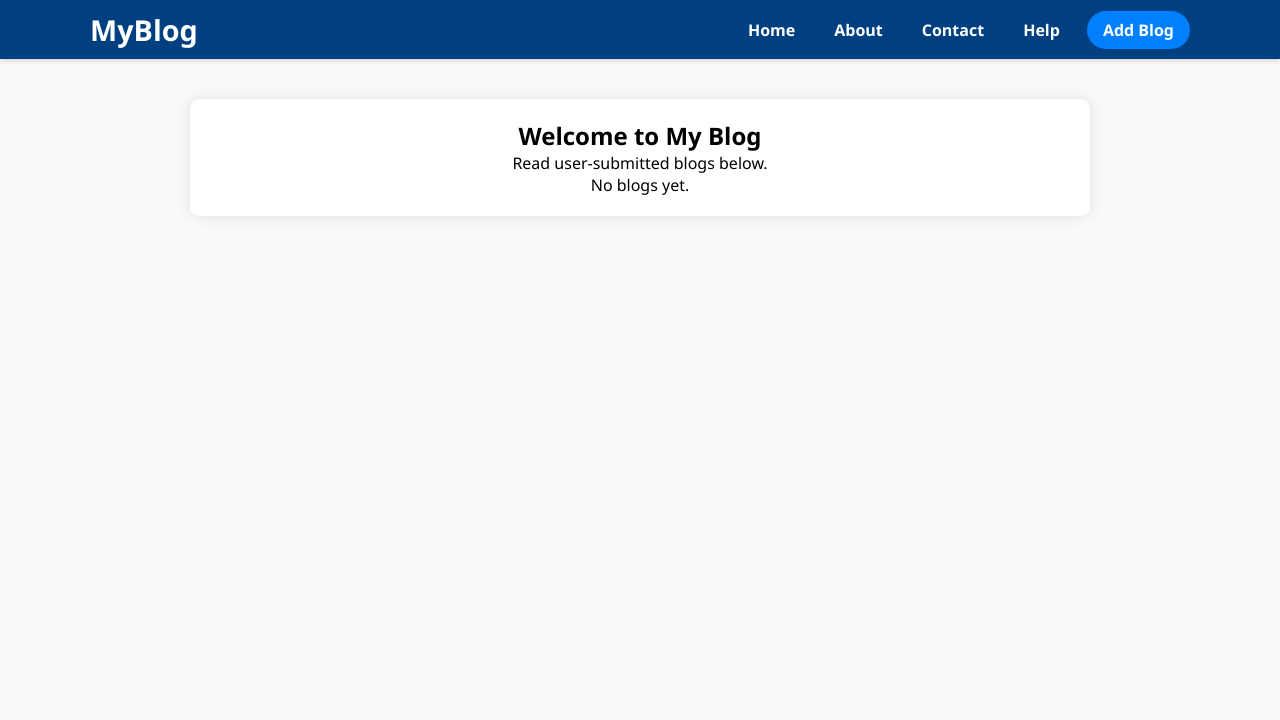
Repository: ankitg-02/FLASK
Page: http://localhost/
The author's editor kept a copy of each file at every save. The page is drawn from the files as they stood at one save, then again after the next save.
The browser window is 1280 px wide. The pictures show the whole page.
The page is served by the project's application, run on Flask 3 (app.py).

Above is the page before, as saved 2025-05-19 13:28:30.

After the next save:
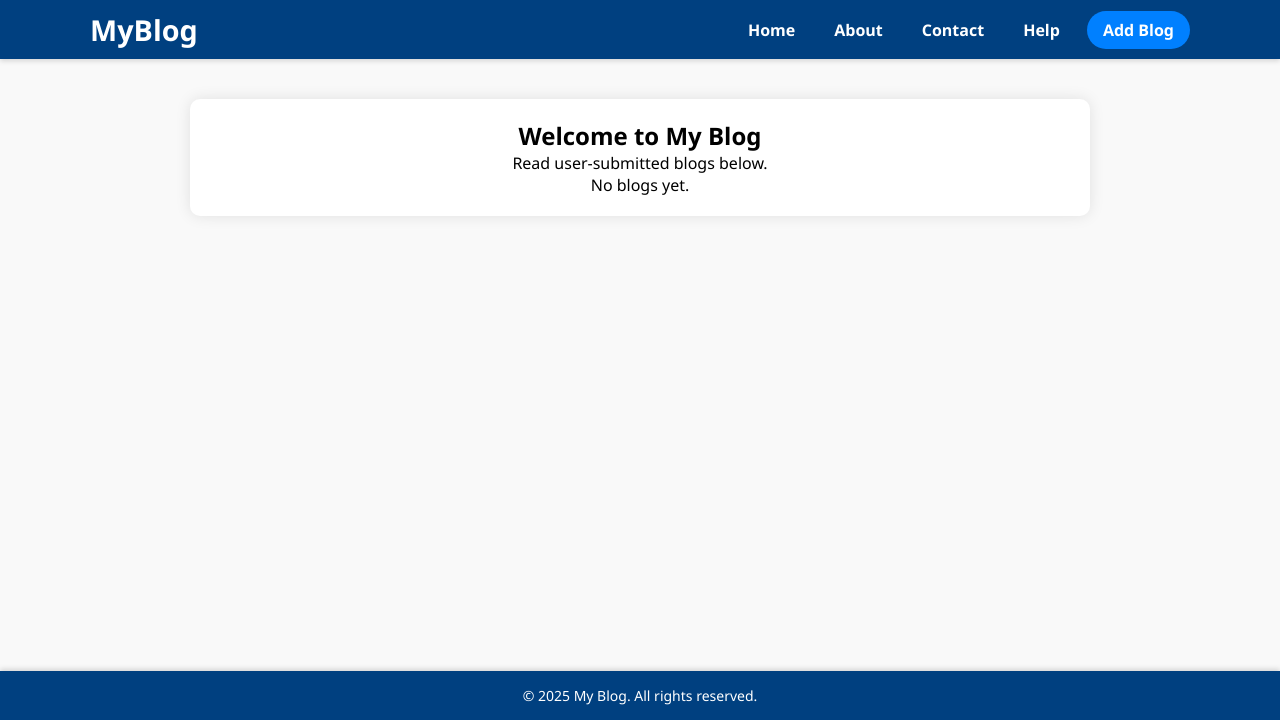
Saved 45 s later.
--- a/Project2/templates/base.html
+++ b/Project2/templates/base.html
@@ -36,6 +36,12 @@
 
     <main>{% block content %}{% endblock %}</main>
 
+    <footer>
+      <div class="footer">
+        <p>&copy; 2025 My Blog. All rights reserved.</p>
+      </div>
+    </footer>
+
     <script>
       const navToggle = document.getElementById("nav-toggle");
       const navMenu = document.getElementById("nav-menu");
